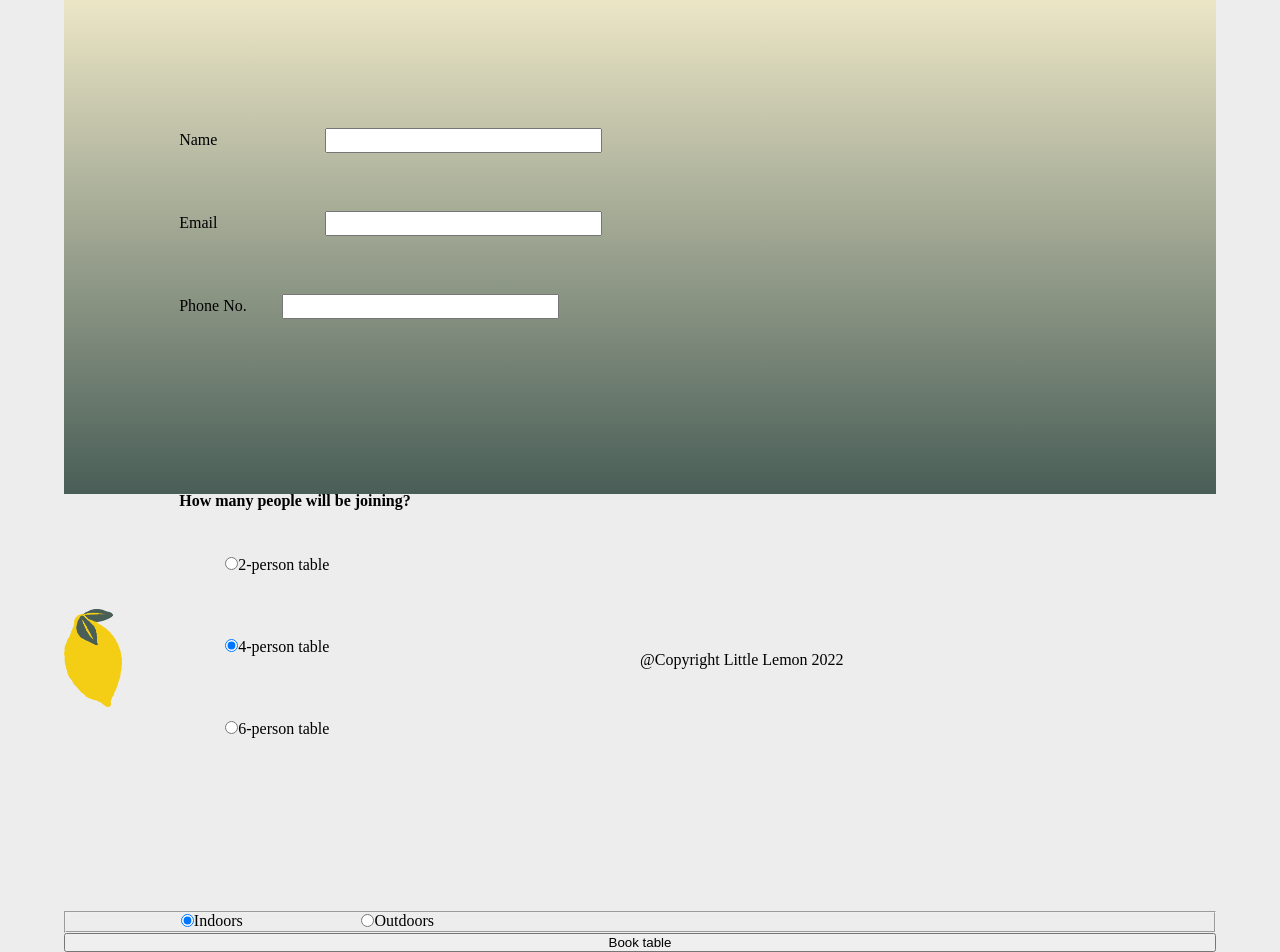
Repository: klone007/littleLemon
Page: index.html
These files come from the project's save history. The page is drawn as it stood at one moment and after the next save; the edit follows.
The browser window is 1280 px wide. The pictures show the part of the page from y = 3473 to 4425 px (the page is 4425 px tall).
A picture or video elsewhere on the page could not be fetched, so the positions and the page height are approximate. Backgrounds fixed to the window are drawn as part of the page.

Above is the page before, as saved 2022-11-17 13:24:27.

After the next save:
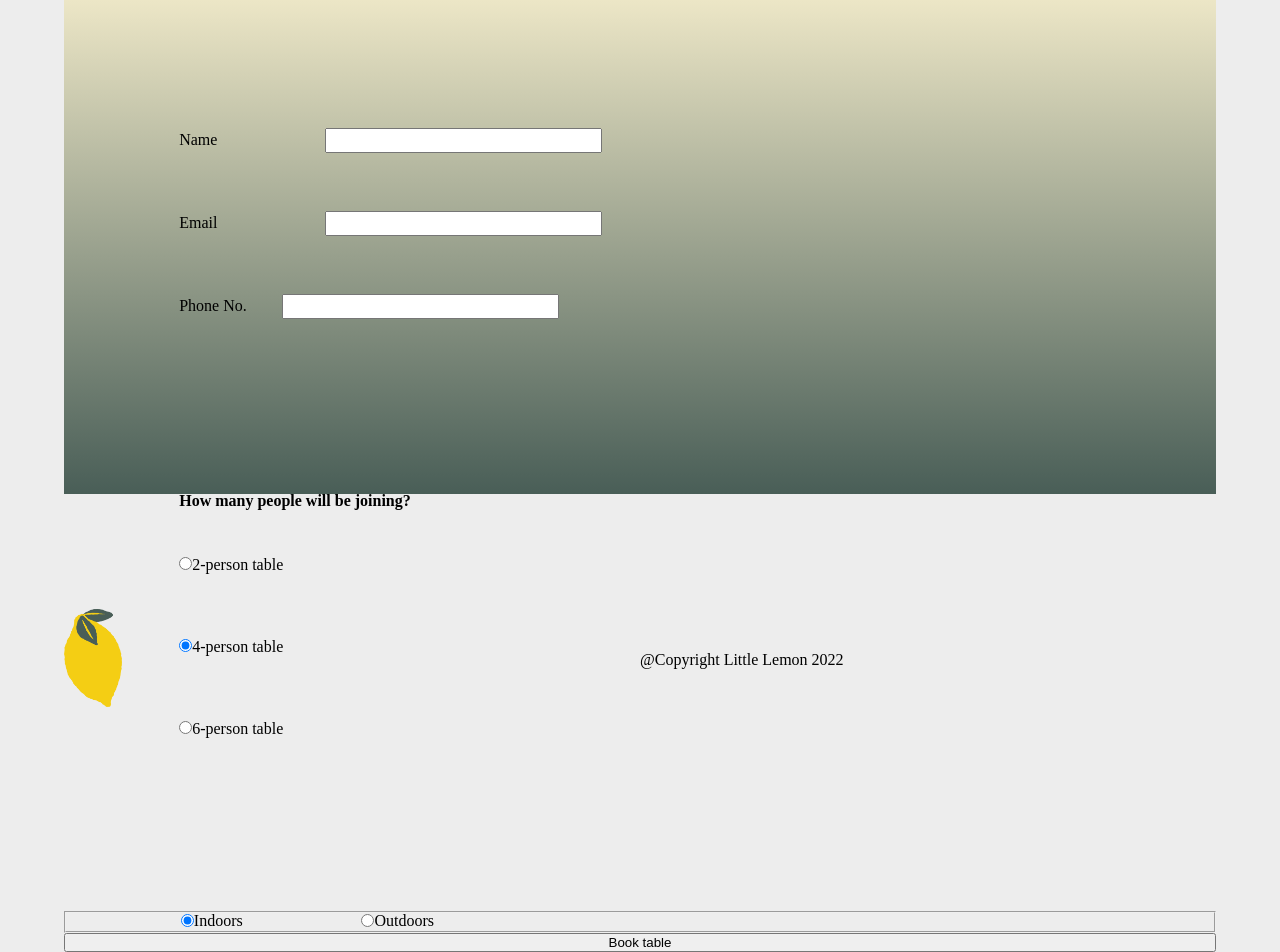
Saved 6 s later.
--- a/styles.css
+++ b/styles.css
@@ -510,7 +510,7 @@
 }
 
 #size label {
-    margin-left:-5% ;
+    margin-left:-10% ;
 }
 
 #user_Name{
